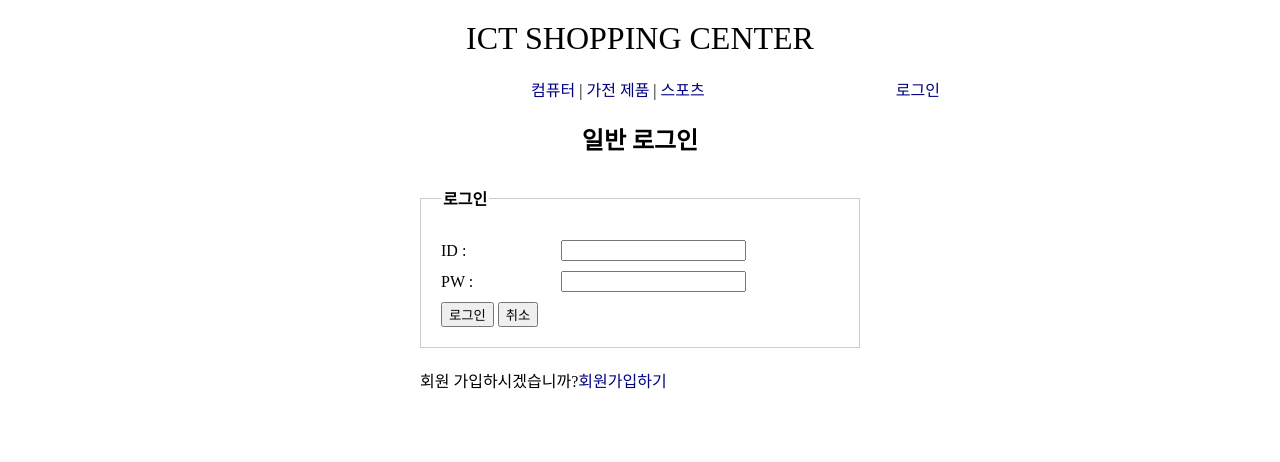
Repository: xlz5000/ICT
Page: http://localhost/spring_mvc02/WEB-INF/views/day09/loginForm.jsp
An editor plug-in stored every save of this project. The page is shown before and after the next save, followed by the edit.
The browser window is 1280 px wide. The pictures show the whole page.
The page is served by Tomcat 9. Nobody is signed in. Other server files are loaded and not shown. The template is opened directly, without the code that normally fills it, so the values that code supplies are empty.

Above is the page before, as saved 2025-04-17 01:02:20.

### spring_mvc02/src/main/webapp/WEB-INF/views/day09/loginForm.jsp
<%@ page language="java" contentType="text/html; charset=UTF-8"
    pageEncoding="UTF-8"%>
<%@taglib prefix="c" uri="http://java.sun.com/jsp/jstl/core" %>
<!DOCTYPE html>
<html>
<head>
<meta charset="UTF-8">
<title>Insert title here</title>
<style type="text/css">

#container{
	width: 500px;
	margin: 0 auto; /*중앙위치*/
	text-align:left; /*내부 폼요소 왼쪽 정렬*/

}


h2{
text-align: center;

}

fieldset{
margin: 20px 0;
padding: 20px;
border: 1px solid #ccc;

}

legend{
font-weight:  bold;

}

ul{
list-style-type: none;
padding: 0;
margin: 0;

}


li{
	display:flex;
	align-items: center;
	margin: 10px 0;

}



li label{
	width: 120px;
	flex-shrink: 0;
}
</style>
</head>
<body>

<%@ include file="../day08/top.jsp" %>
	<div id="container">
	<h2>일반 로그인</h2>
	<div id="login" style="margin: 30px;">
		<form action="/members_login_ok" method="post">
			<fieldset>
				<legend>로그인</legend>
				<ul>

					<li><label for="m_id">ID : </label>
						<input type="text" id="m_id" name="m_id" required>
					</li>
					<li><label for="m_pw">PW : </label>
						<input type="password" id="m_pw" name="m_pw" required>
					</li>

				</ul>

				<div id="buttons">
					<input type="submit" value="로그인">
					<input type="reset" value="취소">


				</div>

			</fieldset>

		</form>
		<div>
			회원 가입하시겠습니까?<span><a href="/members_join">회원가입하기</a></span>

		</div>

	</div>
</div>


<c:if test="${loginchk == 'fail' }">

	<script type="text/javascript">
		alert("아이디나 비밀번호가 틀렸습니다.")


	</script>


</c:if>
<c:if test="${joinchk == 'fail' }">

	<script type="text/javascript">
		alert("회원가입 실패, 다시 시도해주세요.")


	</script>


</c:if>
<c:if test="${joinchk == 'ok' }">

	<script type="text/javascript">
		alert("회원가입 성공. 로그인 해주세요")


	</script>


</c:if>
</body>
</html>

### spring_mvc02/src/main/webapp/WEB-INF/views/day08/top.jsp
<%@ page language="java" contentType="text/html; charset=UTF-8"
	pageEncoding="UTF-8"%>
<%@ taglib prefix="c" uri="http://java.sun.com/jsp/jstl/core" %>
<!DOCTYPE html>
<html>
<head>
<meta charset="UTF-8">
<title>Insert title here</title>
<style>
a:link {
	text-decoration: none;
	color: navy
}

a:visited {
	text-decoration: none;
	color: navy
}

a:hover {
	text-decoration: none;
	color: red
}

body {
	text-align: center
}

hr {
	width: 600px;
	border: 1px;
	color: navy;
}

div#header, div#nav {
	width: 600px;
	margin: 20px auto;
	text-align: center;
}

div#wrap {
	margin: 0 auto;
}


div#log{float: right}

.title{
	font-size: 32px;

}
</style>
</head>
<body>
	<div id="wrap">

		<div id="header">
			<span class="title"> ICT SHOPPING CENTER </span>
		</div>

		<div id="nav">
			<a href="/day08?category=com001">컴퓨터</a> |
			<a href="/day08?category=ele002">가전 제품</a> |
			<a href="/day08?category=sp003">스포츠</a>


		<div id="log">
			<c:choose>
				<c:when test="${loginchk == 'ok' }">
				 ~~~님 환영합니다. |


				</c:when>
				<c:otherwise>
					<a href="/members_loginForm">로그인</a>


				</c:otherwise>



			</c:choose>


			</div>
		</div>
	</div>
</body>
</html>

After the next save:
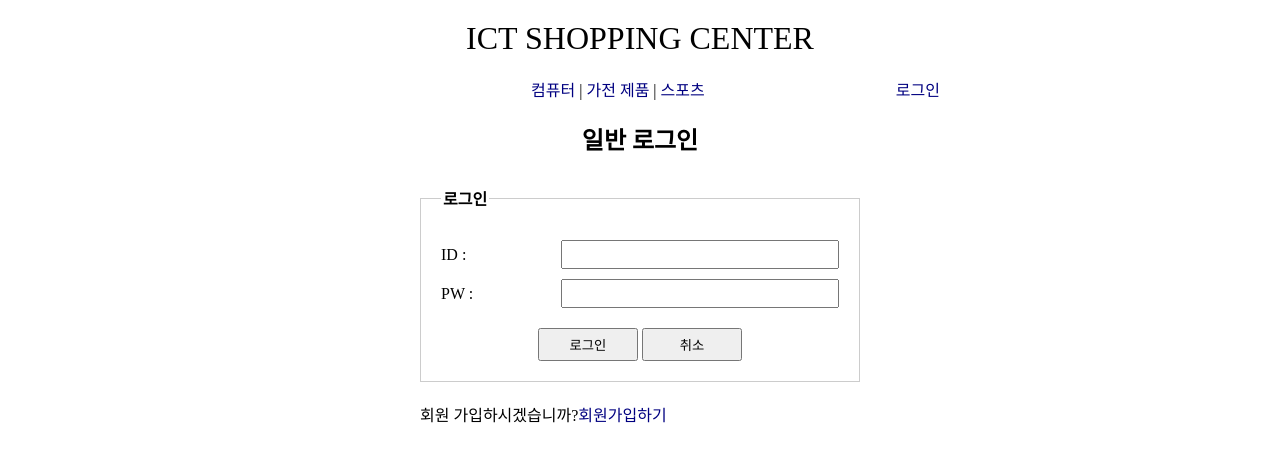
Saved 2 min 45 s later.
--- a/spring_mvc02/src/main/webapp/WEB-INF/views/day09/loginForm.jsp
+++ b/spring_mvc02/src/main/webapp/WEB-INF/views/day09/loginForm.jsp
@@ -53,6 +53,26 @@ li{
 li label{
 	width: 120px;
 	flex-shrink: 0;
+}
+
+
+input{
+ 	padding: 5px;
+ 	flex: 1;
+ 	box-sizing: border-box;
+
+}
+
+#buttons{
+ text-align: center;
+ margin-top: 20px;
+
+}
+
+input[type="submit"],
+input[type="reset"]{
+
+	width: 100px;
 }
 </style>
 </head>
